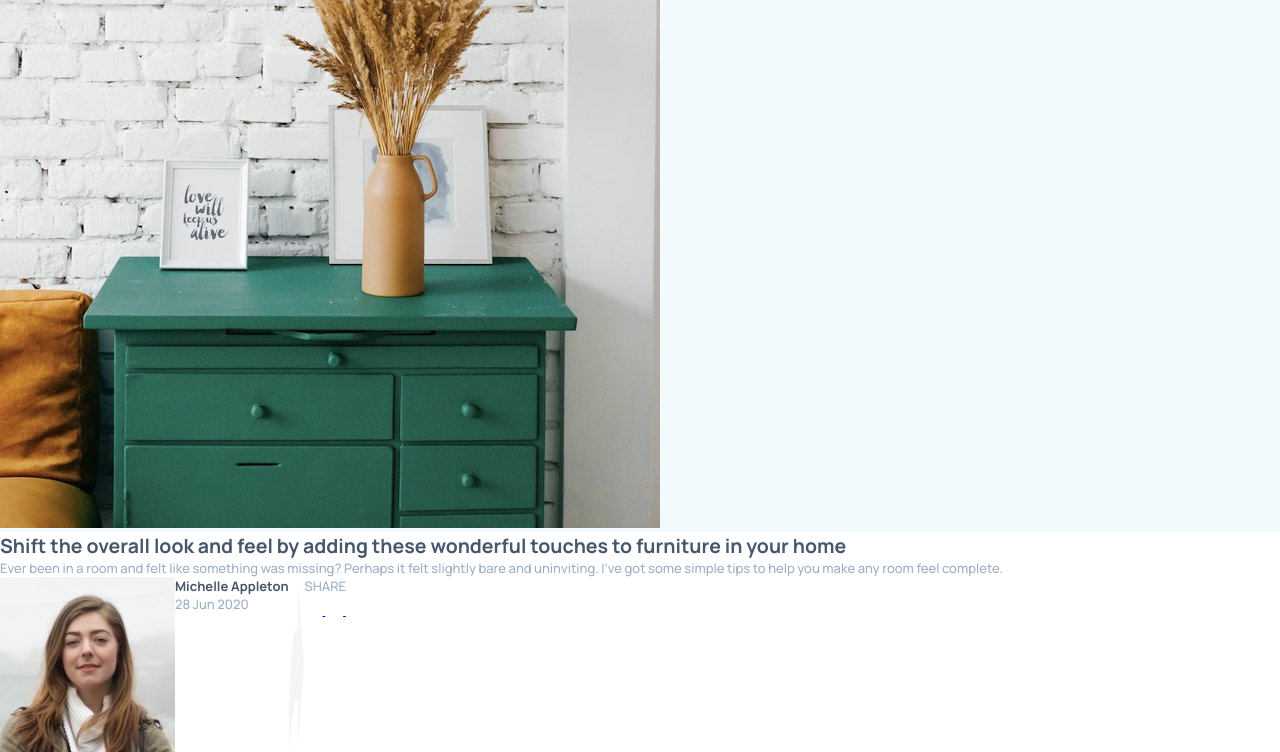
Repository: ellenliao95/frontend-mentor-solution
Page: article-preview-component-master/index.html
An editor plug-in stored every save of this project. The page is shown before and after the next save, followed by the edit.
The browser window is 1280 px wide. The pictures show the whole page.

Above is the page before, as saved 2023-03-17 15:14:20.

After the next save:
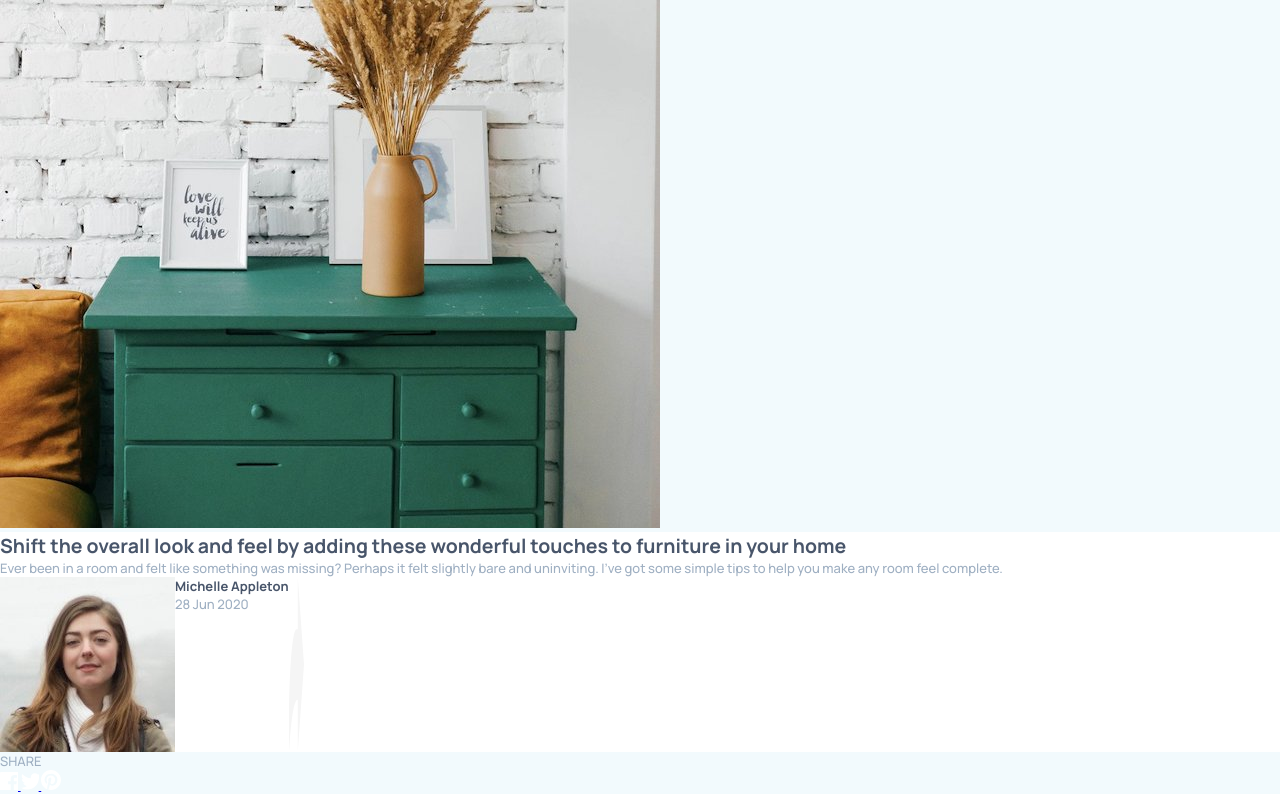
Saved 2 min 32 s later.
--- a/article-preview-component-master/index.html
+++ b/article-preview-component-master/index.html
@@ -46,19 +46,19 @@
         src="images/icon-share.svg" alt="icon share" class="share-icon"
       >
 
-      <div class="share-dtl">
-        <p>SHARE</p>
-        <a href="#">
-          <img src="images/icon-facebook.svg" alt="icon facebook ">
-        </a>
-        <a href="#">
-          <img src="images/icon-twitter.svg" alt="icon twitter">
-        </a>
-        <a href="#">
-          <img src="images/icon-pinterest.svg" alt="icon-pinterest">
-        </a>
-      </div>
     </div>
   </article>
+  <div class="share-dtl">
+    <p>SHARE</p>
+    <a href="#">
+      <img src="images/icon-facebook.svg" alt="icon facebook ">
+    </a>
+    <a href="#">
+      <img src="images/icon-twitter.svg" alt="icon twitter">
+    </a>
+    <a href="#">
+      <img src="images/icon-pinterest.svg" alt="icon-pinterest">
+    </a>
+  </div>
 </body>
 </html>
